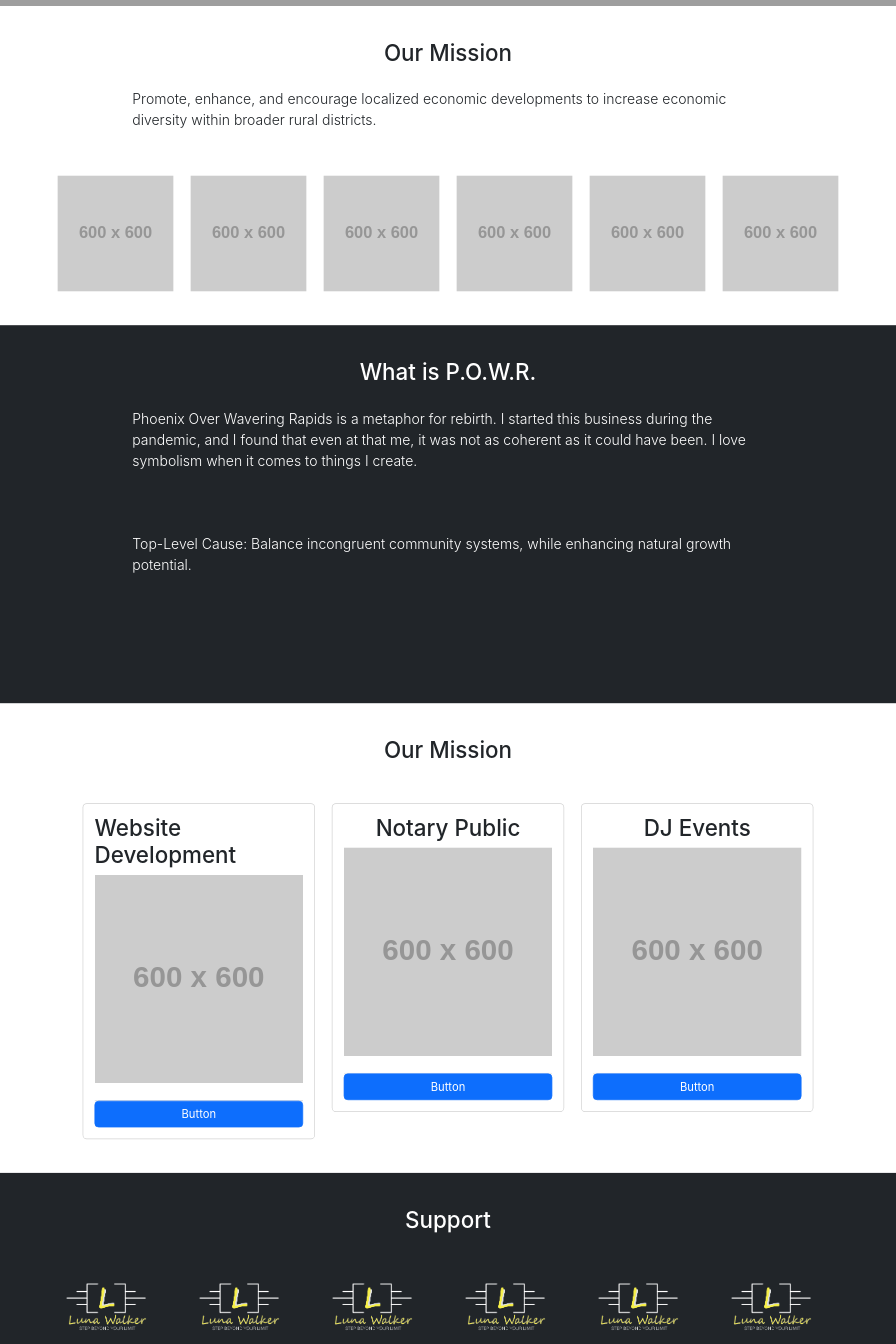
Repository: DragonFruit8/basic-website
Page: /
The author's editor kept a copy of each file at every save. The page is drawn from the files as they stood at one save, then again after the next save.
The browser window is 1280 px wide. The pictures show the part of the page from y = 712 to 2632 px (the page is 2683 px tall before and 3681 px after), at 70% of full size.
Pictures or frames that could not be fetched are drawn as grey boxes. The project was rebuilt for these pictures with package versions that can differ from the ones it lists, and the page was loaded fresh each time. Also part of the build but not shown: src/Img/ProductImage.js, src/pages/ShopPage.js.

Above is the page before, as saved 2024-06-23 09:37:49.

### public/index.html
<!DOCTYPE html>
<html lang="en">
  <head>
    <meta charset="utf-8" />
    <link rel="icon" href="%PUBLIC_URL%/favicon.ico" />
    <meta name="viewport" content="width=device-width, initial-scale=1" />
    <meta name="theme-color" content="#000000" />
    <meta
      name="description"
      content="Web site created using create-react-app"
    />
    <link rel="apple-touch-icon" href="%PUBLIC_URL%/logo192.png" />
    <!--
      manifest.json provides metadata used when your web app is installed on a
      user's mobile device or desktop. See https://developers.google.com/web/fundamentals/web-app-manifest/
    -->
    <link rel="manifest" href="%PUBLIC_URL%/manifest.json" />
    <link href="https://cdn.jsdelivr.net/npm/bootstrap@5.3.3/dist/css/bootstrap.min.css" rel="stylesheet" integrity="sha384-QWTKZyjpPEjISv5WaRU9OFeRpok6YctnYmDr5pNlyT2bRjXh0JMhjY6hW+ALEwIH" crossorigin="anonymous">
    <!--
      Notice the use of %PUBLIC_URL% in the tags above.
      It will be replaced with the URL of the `public` folder during the build.
      Only files inside the `public` folder can be referenced from the HTML.

      Unlike "/favicon.ico" or "favicon.ico", "%PUBLIC_URL%/favicon.ico" will
      work correctly both with client-side routing and a non-root public URL.
      Learn how to configure a non-root public URL by running `npm run build`.
    -->
    <title>React App</title>
  </head>
  <body>
    <noscript>You need to enable JavaScript to run this app.</noscript>
    <div id="root"></div>
    <!--
      This HTML file is a template.
      If you open it directly in the browser, you will see an empty page.

      You can add webfonts, meta tags, or analytics to this file.
      The build step will place the bundled scripts into the <body> tag.

      To begin the development, run `npm start` or `yarn start`.
      To create a production bundle, use `npm run build` or `yarn build`.
    -->
    <script src="https://cdn.jsdelivr.net/npm/@popperjs/core@2.11.8/dist/umd/popper.min.js" integrity="sha384-I7E8VVD/ismYTF4hNIPjVp/Zjvgyol6VFvRkX/vR+Vc4jQkC+hVqc2pM8ODewa9r" crossorigin="anonymous"></script>
<script src="https://cdn.jsdelivr.net/npm/bootstrap@5.3.3/dist/js/bootstrap.min.js" integrity="sha384-0pUGZvbkm6XF6gxjEnlmuGrJXVbNuzT9qBBavbLwCsOGabYfZo0T0to5eqruptLy" crossorigin="anonymous"></script>
  </body>
</html>

### src/App.js
import React from 'react';
import { BrowserRouter as Router, Routes, Route } from 'react-router-dom';
import './App.css';
import Navbar from './components/Navbar';
import Sidebar from './components/Sidebar';
import HomePage from './pages/HomePage';
import ShopPage from './pages/ShopPage';

function App() {

  return (
    <>
      <Router>
        <Navbar />
        <Sidebar />
        <Routes>
          <Route path="/" element={<HomePage />} />
          <Route path="/shop" element={<ShopPage />} />
        </Routes>
   </Router>
    </>
  );
}

export default App;

### src/App.css
.App {
  text-align: center;
  z-index: -10;
}

.App-logo {
  height: 40vmin;
  pointer-events: none;
  z-index: 0;
}

@media (prefers-reduced-motion: no-preference) {
  .App-logo {
    animation: App-logo-spin infinite 20s linear;
  }
}

.App-header {
  background-color: #282c34;
  min-height: 100vh;
  display: flex;
  flex-direction: column;
  align-items: center;
  justify-content: center;
  font-size: calc(10px + 2vmin);
  color: white;
}

.App-link {
  color: #61dafb;
}
#sidebar {
  display: flex;
  flex-direction: column;
  background-color: transparent !important;
  height: 100%;
  width: 100px;
  position: fixed;
  top: 55px;
  left: 0;
  z-index: 1;
  overflow-x: hidden;
  padding-top: 20px;
  z-index: 10;
  /* rounded corners*/
  border-radius: 100px;

}

#offcanvasNavbar{
  position: fixed;
  margin-top: 55px;
}

#sidebarButton {
  position: absolute;
  bottom: 100px;
  left: 0px;
  width: 75px;
  height: 75px;
  border: none;
  color: white;
  padding: 10px 10px;
  text-align: center;
  text-decoration: none;
  display: inline-block;
  font-size: 16px;
  margin: auto auto -30px 10px;
  cursor: pointer;
  z-index: 100;
  border-radius: 100%;
  background-color: #007bff;
}

#closeButton, .btn-close {
  color: white !important;
  margin-left: 15px;
}
#aboutSec {
  height: 75vh;
}
.offcanvas-body {
 padding: 0 100px 0 100px;
}
#luna {
  position: relative;
  background-size: cover;
  background-repeat: no-repeat;
  background-position: center;
  height: auto;
  width: 250px;
  margin: 0 auto;
}

/* HomePage Hero */
.hero {
  height: 100vh;
  width: 100%;
  display: flex;
  align-items: center;
  color: white !important;
  text-align: center;
  font-size: 2rem;
  font-weight: 700;
  background: url('https://unsplash.com/photos/photo-of-outer-space-Q1p7bh3SHj8');
  background-size: cover;
  background-repeat: no-repeat;
  background-position: center;
  background-color: rgba(0, 0, 0, 0.8);

}
.hero-content
.dropdown-item {
  width: 100%;
  margin: 0 auto;
  color: white;
  background-color: #007bff;
}
.dropdown-item:hover {
  background-color: #0056b3;
  color: white;
}


a.nav-link, a.nav-item {
  color: white !important;
}
a.nav-link, a.nav-item {
 padding: 20px 0 20px 0;
}

a.nav-link:hover, a.nav-item:hover {
  color: #ffd000 !important;
}
a.active {
  color: #007bff !important;
}

/* Shop */
.shop {
  height: auto;
  width: 100%;
  display: flex;
  align-items: center;
  color: white !important;
  flex-direction: col !important;
  text-align: center;
  font-size: 2rem;
  font-weight: 700;
  background: url('https://unsplash.com/photos/photo-of-outer-space-Q1p7bh3SHj8');
  background-size: cover;
  background-repeat: no-repeat;
  background-position: center;
  background-color: rgba(0, 0, 0, 0.8);
  flex-wrap: wrap;
  padding-top: 150px;
  padding: 150px 0 150px 0;

}
#shopItem {
  min-width: 400px;
  margin: 0 auto;
  color: white;
  list-style-type: none;
  padding: 0;
}

@keyframes App-logo-spin {
  from {
    transform: rotate(0deg);
  }
  to {
    transform: rotate(360deg);
  }
}

### src/components/Navbar.js
import React from 'react';
import data from '../../src/data';
// import axio from '../Instance';
// import Button from 'react-bootstrap/Button';
// import Modal from 'react-bootstrap/Modal';


const Navbar = () => {

    // const [email, setEmail] = useState('');
    // const [comment, setComment] = useState('');
    // const [show, setShow] = useState(false);

    // const handleClose = () => setShow(false);
    // const handleShow = () => setShow(true);

    // const clearForm = () => {
    //     setEmail('');
    //     setComment('');
    // };



    // const handleSubmit = (event) => {
    //     event.preventDefault();

    //     axio.post('/comments', {
    //         email,
    //         comment
    //     })
    //         .then(() => {
    //             console.log('Review submitted');
    //         })
    //         .catch((error) => {
    //             console.log(error);
    //         });
    //     clearForm();
    // };

    const path = window.location.pathname;
    return (
        <>
            {/* navbar navbar-expand-lg bg-body-tertiary navbar-dark bg-dark */}
            <nav className="navbar navbar-dark navbar-expand-lg bg-dark fixed-top">
                <div className="container-fluid ps-5">
                    <a className="navbar-brand" href="/">LOGO</a>
                    <button className="navbar-toggler" type="button" data-bs-toggle="collapse" data-bs-target="#navbarNav" aria-controls="navbarNav" aria-expanded="false" aria-label="Toggle navigation">
                        <span className="navbar-toggler-icon"></span>
                    </button>
                    <div className="collapse navbar-collapse" id="navbarNav">
                        <ul className="navbar-nav my-2 ms-auto me-0">
                            <li className="nav-item">
                                <a className={`nav-link ${path === `/${data.link1.b}` ? 'active' : ''}`} aria-current="page" href={`/${data.link1.b}`}>{data.link1.a}</a>
                            </li>
                            <li className="nav-item">
                                <a className={`nav-link ${path === `/${data.link2.b}` ? 'active' : ''}`} aria-current="page" href={`/${data.link2.b}`}>{data.link2.a}</a>
                            </li>
                            <li className="nav-item">
                                <a className={`nav-link ${path === `/${data.link3.b}` ? 'active' : ''}`} aria-current="page" href={`/${data.link3.b}`}>{data.link3.a}</a>
                            </li>
                        </ul>
                        {/* <span id='reviewModal' className="d-flex">
                                <Button variant="primary" onClick={handleShow}>Write a Review</Button>
                            </span> */}
                    </div>
                </div>
            </nav>
            {/* <Modal show={show} onHide={handleClose}>
                <Modal.Header closeButton>
                    <Modal.Title>Modal heading</Modal.Title>
                </Modal.Header>
                <Modal.Body>
                    <div
                        className="modal show"
                        style={{ display: 'block', position: 'initial' }}
                    >
                        <form // onSubmit={handleSubmit}
                        >
                            <div className="form-group">
                                <label htmlFor="email"
                                    className='form-label fs-5'
                                >Email</label>
                                <input
                                    type="email"
                                    id="email"
                                    value={email}
                                    onChange={(event) => setEmail(event.target.value)}
                                    required
                                    className='form-control'
                                />
                            </div>
                            <div className="form-group">
                                <label htmlFor="comment"
                                    className='form-label fs-5'
                                >Comment</label>
                                <textarea
                                    id="comment"
                                    value={comment}
                                    onChange={(event) => setComment(event.target.value)}
                                    required
                                    className='form-control'
                                />
                            </div>
                            <Button type="submit">Submit</Button>
                        </form>
                    </div>
                </Modal.Body>
                <Modal.Footer>
                    <Button variant="secondary" onClick={handleClose}>
                        Close
                    </Button>
                </Modal.Footer>
            </Modal> */}
        </>
    );
}

export default Navbar;

### src/components/Sidebar.js
import React from 'react'

export const canvasButton = () => {
    return (
        <button id='sidebarButton' className="btn btn-primary" type="button" data-bs-toggle="offcanvas" data-bs-target="#offcanvasNavbar" aria-controls="offcanvasNavbar">
        MENU
        </button>
    )
    }
export default function Sidebar() {

    return (
        <div>
            <sidebar id="sidebar" className="navbar bg-body-tertiary fixed-top">
                <div className="container-fluid">
                    <div className="offcanvas offcanvas-start bg-dark" tabindex="-1" id="offcanvasNavbar" aria-labelledby="offcanvasNavbarLabel">

                        <div className="offcanvas-body">
                            <ul className="navbar-nav justify-content-end flex-grow-1 pe-3 mt-5">

                                        <li><a className="nav-link" href="/shop">Shop</a></li>
                                        <li><a className="nav-link" href="/">Review</a></li>
                                        <li>
                                            <hr className="dropdown-divider" />
                                        </li>
                                        <li><a className="nav-link" href="/">Vote</a></li>
                            </ul>
                            {/* <form className="d-flex mt-3" role="search">
                                <input className="form-control me-2" type="search" placeholder="Search" aria-label="Search" />
                                <button className="btn btn-outline-success" type="submit">Search</button>
                            </form> */}
                        </div>
                    <div className="offcanvas-footer d-flex justify-content-start mb-5 ms-3">
                        {/* <h5 className="offcanvas-title" id="offcanvasNavbarLabel"></h5> */}
                        <button id='close' type="button" className="btn-close" data-bs-dismiss="offcanvas" aria-label="Close"></button>
                    </div>
                    </div>
                </div>
                {
                    canvasButton()
                }
            </sidebar>


        </div>
    )
}

### src/pages/HomePage.js
import React from 'react';
import MissionSec from '../sections/MissionSec';
import AboutSec from '../sections/AboutSec';
import ServiceSec from '../sections/ServiceSec';
import SupportSec from '../sections/SupportSec';
import HeroSec from '../sections/HeroSec';

const HomePage = () => {
    return (
        <>
            <HeroSec />
            <MissionSec />
            <AboutSec />
            <ServiceSec />
            <SupportSec />
        </>
    );
};

export default HomePage;

### src/data.js
const data = {
    thcProductsLink: { a: 'THC Products', b: 'thc-products' },
    ballroomDanceLessonsLink: { a: 'Ballroom Dance Lessons', b: 'ballroom-dance-lessons' },
    reviewsLink: { a: 'Reviews', b: 'reviews' },
    link1: { a: 'Shop', b: 'shop' },
    link2: { a: 'Review', b: 'review' },
    link3: { a: 'Vote', b: 'vote' }
};

export default data;

### src/sections/MissionSec.js
import React from 'react'

function MissionSec() {
  return (
      <section>
          <div className="container py-5">
          <div className="row justify-content-center gap-5">
            <div className="col-lg-10 d-flex row gap-4">
              <h2 className="text-center">Our Mission</h2>
                      <p className="lead">Promote, enhance, and encourage localized economic developments to increase economic
                          diversity within broader rural districts.</p>
            </div>

          <div className="d-flex flex-wrap gap-4">
            {/* Data Items .map + flex-wrap min-width */}
                  <div className="col">
                  <img src="https://via.placeholder.com/600" alt="placeholder" className="img-fluid" />
                  </div>
                  <div className="col">
                  <img src="https://via.placeholder.com/600" alt="placeholder" className="img-fluid" />
                  </div>
                  <div className="col">
                  <img src="https://via.placeholder.com/600" alt="placeholder" className="img-fluid" />
                  </div>
                  <div className="col">
                  <img src="https://via.placeholder.com/600" alt="placeholder" className="img-fluid" />
                  </div>
                  <div className="col">
                  <img src="https://via.placeholder.com/600" alt="placeholder" className="img-fluid" />
                  </div>
                  <div className="col">
                  <img src="https://via.placeholder.com/600" alt="placeholder" className="img-fluid" />
                  </div>
                              </div>
              </div>
        </div>
      </section>
  )
}

export default MissionSec

### src/sections/AboutSec.js
import React from 'react'

function AboutSec() {
  return (
      <section id="aboutSec" className='bg-dark text-white'>
          <div className="container py-5">
          <div className="row justify-content-center gap-5">
          <div className="col-lg-10 d-flex row gap-4">
              <h2 className="text-center">What is P.O.W.R.</h2>
            <p className="lead">Phoenix Over Wavering Rapids is a metaphor for rebirth. I started this business during the pandemic, and I
              found that even at that me, it was not as coherent as it could have been. I love symbolism when it comes to
              things I create.</p>
            <br />
            <p className="lead">Top-Level Cause: Balance incongruent community systems, while enhancing natural growth potential. </p>
          </div>
        </div>
      </div>
      </section>
  )
}

export default AboutSec

### src/sections/ServiceSec.js
import React from 'react'

function ServiceSec() {
  return (
    <section>
      <div className="container py-5">
        <div className="row justify-content-center gap-5">
          <div className="col-lg-10 d-flex row gap-4">
            <h2 className="text-center">Our Mission</h2>
          </div>

          <div class="container px-5">
            <div className="row justify-content-center flex-wrap">
            {/* Data Items .map + flex-wrap min-width */}
              <div className="col">
                <div class="card">
                  <div class="card-body">
                  <h2 className="card-title d-flex justify-content-center">Website Development</h2>
                    <img src="https://via.placeholder.com/600" alt="placeholder" className="img-fluid" />
                    <div class="card-footer d-flex p-0 mt-4">
                    <button className="btn btn-primary flex-fill">Button</button>
                    </div>
                  </div>
                </div>
              </div>
              <div className="col">
                <div class="card">
                  <div class="card-body">
                  <h2 className="card-title d-flex justify-content-center">Notary Public</h2>
                    <img src="https://via.placeholder.com/600" alt="placeholder" className="img-fluid" />
                    <div class="card-footer d-flex p-0 mt-4">
                    <button className="btn btn-primary flex-fill">Button</button>
                    </div>
                  </div>
                </div>
              </div>
              <div className="col">
                <div class="card">
                  <div class="card-body">
                  <h2 className="card-title d-flex justify-content-center">DJ Events</h2>
                    <img src="https://via.placeholder.com/600" alt="placeholder" className="img-fluid" />
                    <div class="card-footer d-flex p-0 mt-4">
                    <button className="btn btn-primary flex-fill">Button</button>
                    </div>
                  </div>
                </div>
              </div>
            </div>
                    </div>
          </div>
      </div>
    </section>
  )
}

export default ServiceSec

### src/sections/SupportSec.js
import React from 'react'
// import Badge from 'react-bootstrap/Badge';
import LunaLogo from '../Img/LunaLogo';

const SupportSec = () => {


    return (
      <section id="supportSec" className='bg-dark text-white'>
        <div className="container py-5">
          <div className="row justify-content-center gap-5">
            <div className="col-lg-12 d-flex row gap-5">
              <h2 className="text-center">Support</h2>
              <div className='row gap-5 flex-wrap my-2'>
                <div className='col py-2'>
                  <LunaLogo />
                </div>
                <div className='col py-2'>
                 <LunaLogo />
                </div>
                <div className='col py-2'>
                  <LunaLogo />
                </div>
                <div className='col py-2'>
                  <LunaLogo />
                </div>
                <div className='col py-2'>
                  <LunaLogo />
                </div>
                <div className='col py-2'>
                  <LunaLogo />
                </div>
              </div>
            </div>
          </div>
        </div>
      </section>

)
}

export default SupportSec

### src/sections/HeroSec.js
import React from 'react';

const HeroSec = () => {
    return (
        <section className="hero">
            <div className="container">
                <div className="row justify-content-center">
                    <div className="col-lg-6">
                        <div className="hero-content">
                            <h1>Welcome to My Website</h1>
                            <p>Discover the amazing POWR of our products.</p>
                            <button className="btn btn-primary">Get Started</button>
                        </div>
                    </div>
                </div>
            </div>
        </section>
    );
};

export default HeroSec;

### src/Img/LunaLogo.js
import React from 'react'
import '../../src/Img/Luna_logo.png'
const LunaLogo = () => {
    const logo = require('../../src/Img/Luna_logo.png')
  return (
      <div>
          <img id='luna' src={logo} alt="placeholder" className="img-fluid" />
      </div>
  )
}

export default LunaLogo

Loaded but not shown: src/index.js (common file); src/index.css (common file); src/reportWebVitals.js (common file)

After the next save:
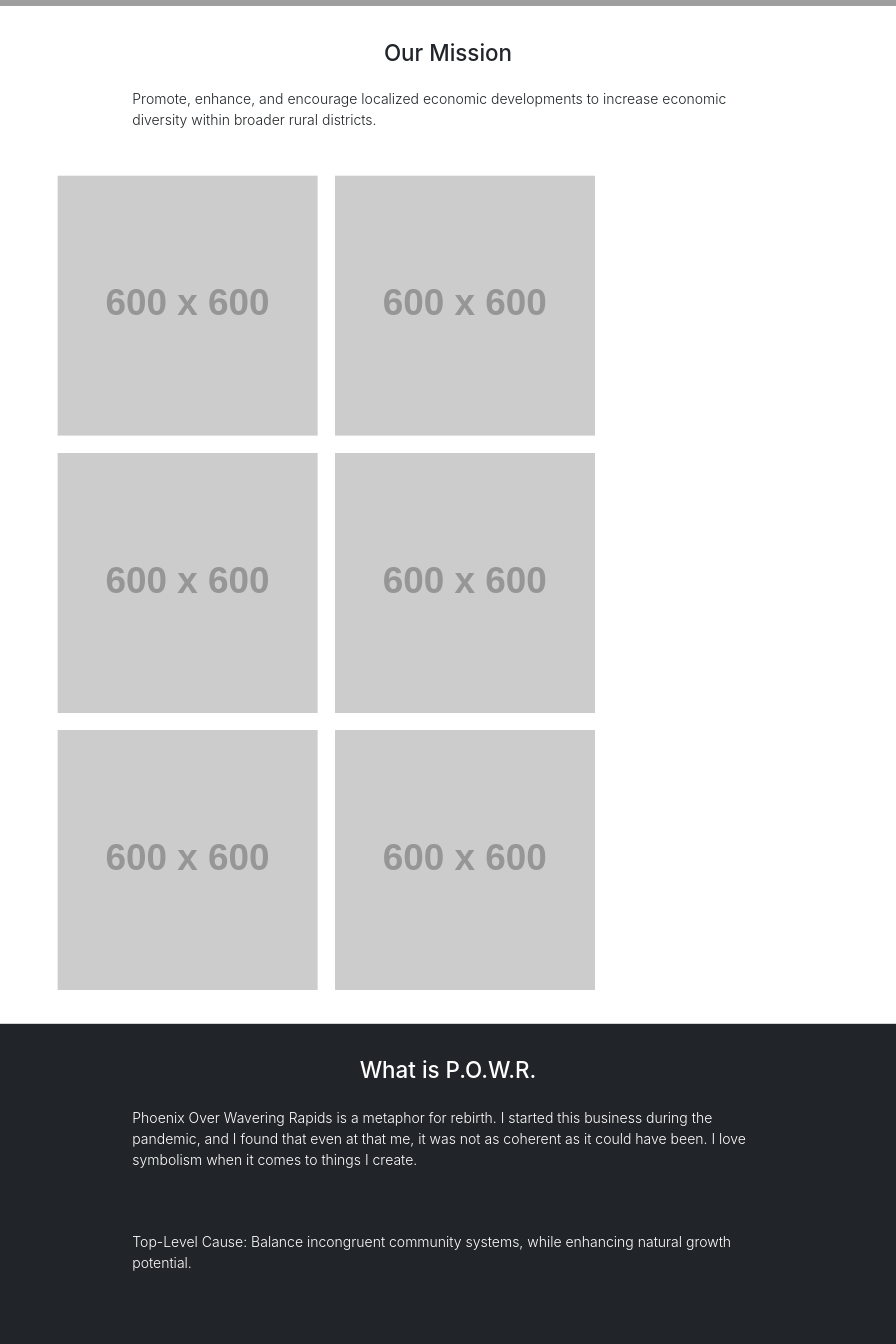
Saved 19 s later.
--- a/src/sections/MissionSec.js
+++ b/src/sections/MissionSec.js
@@ -13,22 +13,22 @@
 
           <div className="d-flex flex-wrap gap-4">
             {/* Data Items .map + flex-wrap min-width */}
-                  <div className="col">
+                  <div className="col-4">
                   <img src="https://via.placeholder.com/600" alt="placeholder" className="img-fluid" />
                   </div>
-                  <div className="col">
+                  <div className="col-4">
                   <img src="https://via.placeholder.com/600" alt="placeholder" className="img-fluid" />
                   </div>
-                  <div className="col">
+                  <div className="col-4">
                   <img src="https://via.placeholder.com/600" alt="placeholder" className="img-fluid" />
                   </div>
-                  <div className="col">
+                  <div className="col-4">
                   <img src="https://via.placeholder.com/600" alt="placeholder" className="img-fluid" />
                   </div>
-                  <div className="col">
+                  <div className="col-4">
                   <img src="https://via.placeholder.com/600" alt="placeholder" className="img-fluid" />
                   </div>
-                  <div className="col">
+                  <div className="col-4">
                   <img src="https://via.placeholder.com/600" alt="placeholder" className="img-fluid" />
                   </div>
                               </div>
